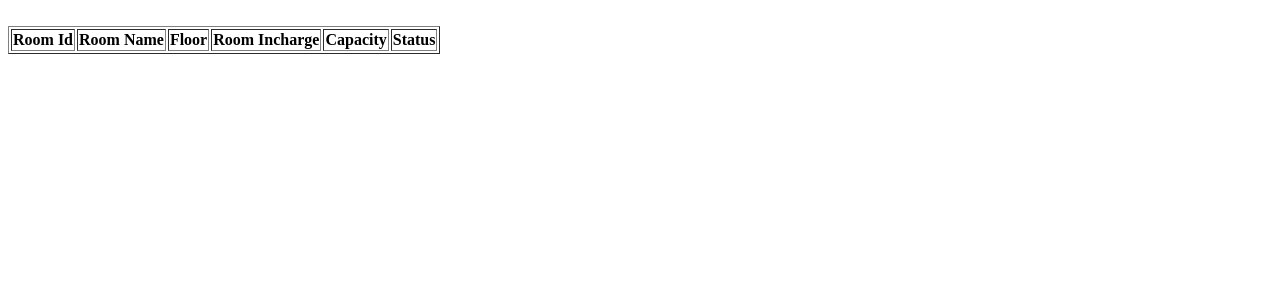
Repository: ManuArugollu1/meetingoraganizer1
Page: http://localhost/Meeting_Organizer/ViewRoom.jsp
These files come from the project's save history. The page is drawn as it stood at one moment and after the next save; the edit follows.
The browser window is 1280 px wide. The pictures show the whole page.
The page is served by Tomcat 9. Queries for data that is not in the repository find no rows.

Above is the page before, as saved 2019-10-01 07:04:58.

After the next save:
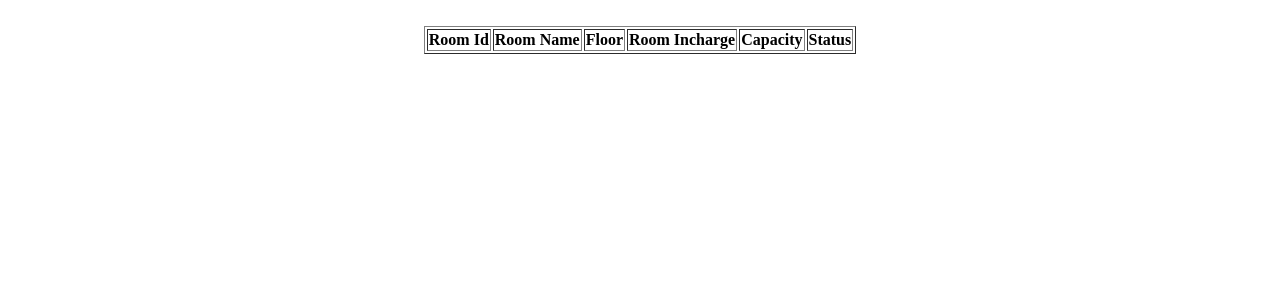
Saved 34 s later.
--- a/Meeting Organizer/WebContent/ViewRoom.jsp
+++ b/Meeting Organizer/WebContent/ViewRoom.jsp
@@ -15,7 +15,7 @@
  List<Room> rooms=roomService.findAll();
 %>
 <br>
-<table border=1>
+<table border=1 align="center">
 <tr>
 <th>Room Id</th>
 <th>Room Name</th>
